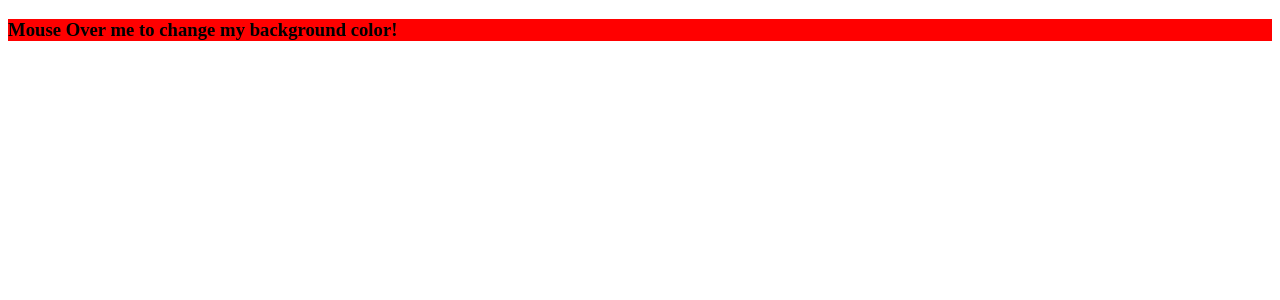
Repository: its-aritra-20/OnlineVotingSystem_CSI
Page: trial/src/main/webapp/Day1.html
An editor plug-in stored every save of this project. The page is shown before and after the next save, followed by the edit.
The browser window is 1280 px wide. The pictures show the whole page.

Above is the page before, as saved 2023-01-09 15:09:37.

After the next save:
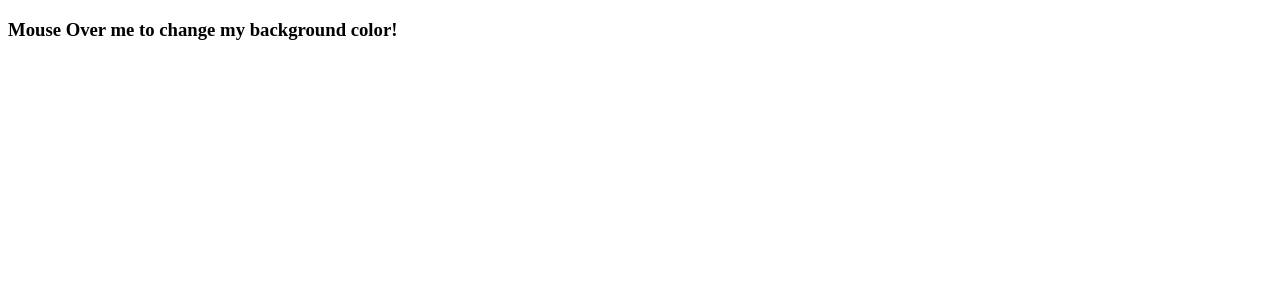
Saved 101 s later.
--- a/trial/src/main/webapp/Day1.html
+++ b/trial/src/main/webapp/Day1.html
@@ -4,7 +4,7 @@
   <style>
     .b {
 
-      background-color: red;
+      bgcolor: red;
     }
   </style>
 </head>
